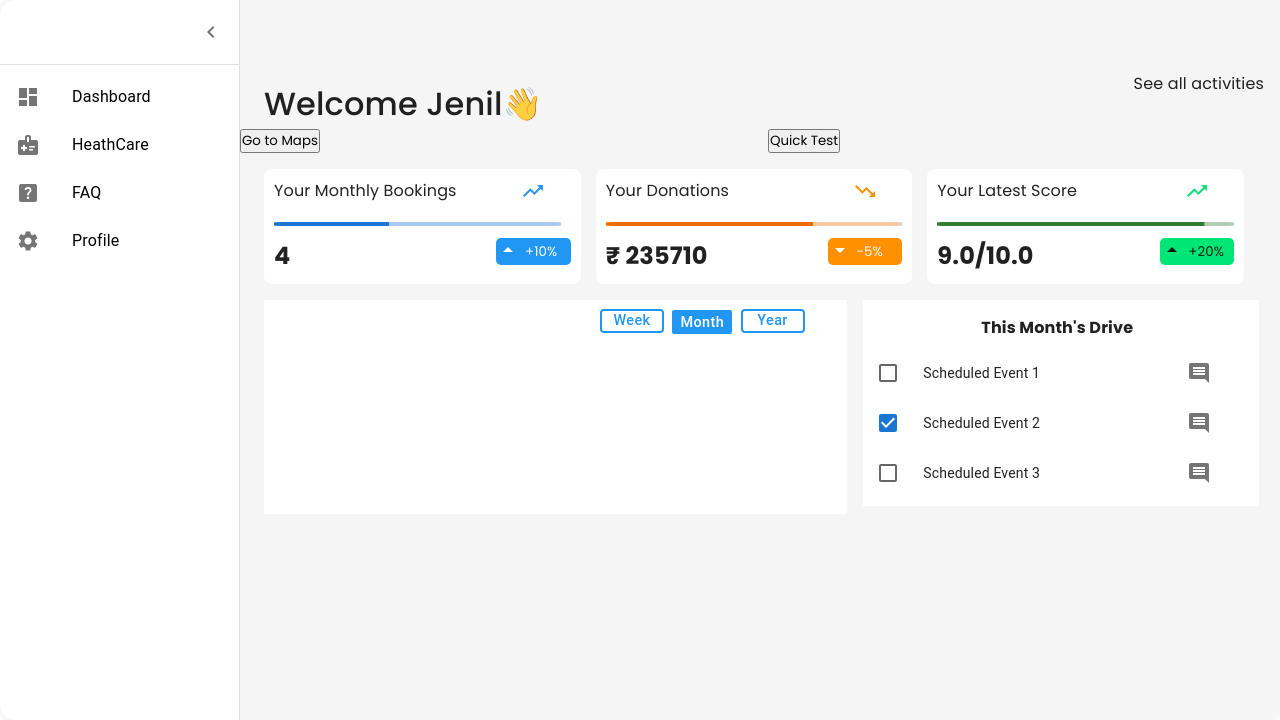
Repository: shubhampirate/Google_Solutions_Edural
Page: /dashboard
The author's editor kept a copy of each file at every save. The page is drawn from the files as they stood at one save, then again after the next save.
The browser window is 1280 px wide. The pictures show the whole page.
The page's requests for data from a server got no answer. The project was rebuilt for these pictures with package versions that can differ from the ones it lists, and the page was loaded fresh each time. Some packages were replaced by stand-ins written for this rebuild. No one was signed in, and anything a server would have sent is missing. Also part of the build but not shown: src/Components/CustomButton.jsx, src/Components/Navbar.jsx, src/Components/Footer.jsx, src/Components/CongratsCard.jsx, src/pages/Hero/Hero.jsx, src/pages/Sign_in.jsx.

Above is the page before, as saved 2024-02-03 17:50:42.

### src/index.js
import React from "react";
import ReactDOM from "react-dom/client";
import "./index.css";
import { GoogleOAuthProvider } from '@react-oauth/google';
import App from "./App";
import { BrowserRouter } from "react-router-dom";
const root = ReactDOM.createRoot(
    document.getElementById("root"));
root.render(
    <BrowserRouter>
<GoogleOAuthProvider clientId="730379698185-cv7a59sok9sod43v04ee6g6pt4gtaea2.apps.googleusercontent.com">
        {/* <React.StrictMode> */}
            <App />
        {/* </React.StrictMode> */}
    </GoogleOAuthProvider>
    </BrowserRouter>

);

### src/App.jsx
import Hero from "./pages/Hero/Hero";
import Dashboard from "./pages/Dashboard/Dashboard";
import SignIn from "./pages/Sign_in";
import {useState} from "react";
import { Route, Routes } from "react-router-dom";
function App() {
  return (
    <>
      {/* <Hero />   */}
      {/* <SignIn /> */}
      <Routes>
        <Route path="/signin" element={<><SignIn /></>} />
        <Route path="/dashboard" element={<><Dashboard /></>} />
        {/* <Route path="/education" element={<><Education /></>} /> */}
        {/* <Route path="/health" element={<><Health /></>} /> */}
        {/* <Route path="/profile" element={<><Profile /></>} /> */}
        {/* <Route path="/finance" element={<><Finance /></>} /> */}
        {/* <Route path="/questions" element={<><Questions /></>} /> */}
        {/* <Route path="/retireaibot" element={<><Bot /></>} /> */}
        <Route path="/" element={<><Hero /></>} />
      </Routes>
         </>
  );
}

export default App;

### src/pages/Dashboard/Dashboard.jsx
import * as React from 'react';
import { styled, createTheme, ThemeProvider } from '@mui/material/styles';
import CssBaseline from '@mui/material/CssBaseline';
import MuiDrawer from '@mui/material/Drawer';
import Box from '@mui/material/Box';
import MuiAppBar from '@mui/material/AppBar';
import Toolbar from '@mui/material/Toolbar';
import {
  LinearProgress, ListItem, CircularProgress, Checkbox, ListItemText, Dialog, DialogActions, DialogContent,
  DialogContentText, DialogTitle, ListItemIcon, ListItemButton
} from '@mui/material';
import TrendingUpIcon from '@mui/icons-material/TrendingUp';
// import { PieChart } from '@mui/x-charts/PieChart';
// import { useDrawingArea } from '@mui/x-charts/hooks';
import TrendingDownIcon from '@mui/icons-material/TrendingDown';
import List from '@mui/material/List';
import Divider from '@mui/material/Divider';
import IconButton from '@mui/material/IconButton';
import ArrowDropUpIcon from '@mui/icons-material/ArrowDropUp';
import ArrowDropDownIcon from '@mui/icons-material/ArrowDropDown';
import Grid from '@mui/material/Grid';
import MenuIcon from '@mui/icons-material/Menu';
import ChevronLeftIcon from '@mui/icons-material/ChevronLeft';
import { mainListItems } from '../../Components/listItems';
import axios from 'axios';
import Button from '@mui/material/Button';
import CommentIcon from '@mui/icons-material/Comment';
import Swal from 'sweetalert2';
import { useState } from 'react';
import { useEffect } from 'react';
// import { Bar } from "react-chartjs-2";
// import { BarElement, CategoryScale, Chart as ChartJS, Legend, LinearScale, Title, Tooltip } from "chart.js";
// import GoogleTranslateComponent from '../../Components/GoogleTranslateComponent';
// import csacc from "../../media/csacc.png"
// import creditscoremodel from "../../media/creditscoremodel.png"
// import creditflow from "../../media/creditflowchart.png"
// ChartJS.register(CategoryScale, LinearScale, BarElement, Title, Tooltip, Legend);

const drawerWidth = 240;

const AppBar = styled(MuiAppBar, {
  shouldForwardProp: (prop) => prop !== 'open',
})(({ theme, open }) => ({
  zIndex: theme.zIndex.drawer + 1,
  transition: theme.transitions.create(['width', 'margin'], {
    easing: theme.transitions.easing.sharp,
    duration: theme.transitions.duration.leavingScreen,
  }),
  ...(open && {
    marginLeft: drawerWidth,
    width: `calc(100% - ${drawerWidth}px)`,
    transition: theme.transitions.create(['width', 'margin'], {
      easing: theme.transitions.easing.sharp,
      duration: theme.transitions.duration.enteringScreen,
    }),
  }),
}));

const Drawer = styled(MuiDrawer, { shouldForwardProp: (prop) => prop !== 'open' })(
  ({ theme, open }) => ({
    '& .MuiDrawer-paper': {
      position: 'relative',
      whiteSpace: 'nowrap',
      width: drawerWidth,
      transition: theme.transitions.create('width', {
        easing: theme.transitions.easing.sharp,
        duration: theme.transitions.duration.enteringScreen,
      }),
      boxSizing: 'border-box',
      ...(!open && {
        overflowX: 'hidden',
        transition: theme.transitions.create('width', {
          easing: theme.transitions.easing.sharp,
          duration: theme.transitions.duration.leavingScreen,
        }),
        width: theme.spacing(7),
        [theme.breakpoints.up('sm')]: {
          width: theme.spacing(9),
        },
      }),
    },
  }),
);

var currentDate = new Date();

var months = [
  "January", "February", "March", "April", "May", "June",
  "July", "August", "September", "October", "November", "December"
];

var formattedDate = months[currentDate.getMonth()] + " " + currentDate.getDate() + ", " + currentDate.getFullYear();

const defaultTheme = createTheme();

export default function Dashboard() {
  const [open, setOpen] = React.useState(true);
  const toggleDrawer = () => {
    setOpen(!open);
  };

  const [expensedata, setExpensedata] = useState([])

  useEffect(() => {
    loadList();
  }, []);


  const loadList = async () => {
    const result = await axios.get(`https://wixstocle.pythonanywhere.com/api/expense/`, {
      headers: { "Authorization": `Token 11c868750d92deda81638c5a9a59177bdc7ae41a` },
    });
    console.log(result.data.data);
    setExpensedata(result.data.data);
  }

  const getLabels = () => expensedata.slice(-5).map(data => data.date);

  const getData = (key) => expensedata.slice(-5).map(data => data[key]);

  const optionsexpense = {
    indexAxis: 'x',
    elements: {
      bar: {
        borderWidth: 0,
      },
    },
    responsive: true,
    interaction: {
      mode: 'index',
      intersect: false,
    },
    scales: {
      x: {
        stacked: false,
      },
      y: {
        stacked: false,
      },
    },
    plugins: {
      legend: {
        position: 'top',
      }
    },
  };

  const dataexpense = {
    labels: getLabels(),
    datasets: [
      {
        label: 'Revenue',
        data: getData('income'),
        backgroundColor: '#2196f3',
      },
      {
        label: 'Spendings',
        data: getData('expense'),
        backgroundColor: '#ff9100',
      },
      {
        label: 'Savings',
        data: getData('savings'),
        backgroundColor: '#00e676',
      },
    ],
  };

  const today = new Date();
  const year = today.getFullYear();
  const month = String(today.getMonth() + 1).padStart(2, '0'); // Months are zero-based
  const day = String(today.getDate()).padStart(2, '0');

  const todayDate = `${year}-${month}-${day}`;

  const [userData, setUserData] = React.useState({
    income: '',
    savings: '',
    expense: '',
    date: todayDate,
    user: "tony@gmail.com"
  });

  const handleChangePlan = (field, value) => {
    setUserData((prevData) => ({ ...prevData, [field]: value }));
  };
  const creditscore = 87.4;

  const handlePostData = () => {
    console.log(userData);
    fetch(`https://wixstocle.pythonanywhere.com/api/expense/`, {
      method: 'POST',
      headers: {
        "Authorization": `Token 11c868750d92deda81638c5a9a59177bdc7ae41a`,
        'Content-Type': 'application/json',
      },
      body: JSON.stringify(userData),
    })
      .then((response) => response.json())
      .then((data) => {
        // console.log(data);
        if (data.status == true) {
          Swal.fire({
            icon: 'success',
            title: 'Successfully Saved the details',
            showConfirmButton: false,
            timer: 3000
          })
          setExpensedata([...expensedata, userData]);
        }
        else {
          Swal.fire({
            icon: 'error',
            title: data.message,
            showConfirmButton: false,
            timer: 3000
          })
        }
      });
  };


//   function PieCenterLabel({ children }) {
//     const { width, height, left, top } = useDrawingArea();
//     return (
//       <StyledText x={left + width / 2} y={top + height / 2}>
//         {children}
//       </StyledText>
//     );
//   }

  const [checked, setChecked] = React.useState([1]);

  const handleToggle = (value) => () => {
    const currentIndex = checked.indexOf(value);
    const newChecked = [...checked];

    if (currentIndex === -1) {
      newChecked.push(value);
    } else {
      newChecked.splice(currentIndex, 1);
    }

    setChecked(newChecked);
  };
  return (
    <ThemeProvider theme={defaultTheme}>
      <Box sx={{ display: 'flex', borderRadius: '16px', overflow: 'hidden', boxShadow: '0px 0px 10px rgba(0, 0, 0, 0.1)' }} >
        <CssBaseline />
        <AppBar position="absolute" open={open} sx={{ backgroundColor: "whitesmoke", boxShadow: 'none' }}>
          <Toolbar
            sx={{
              pr: '24px', // keep right padding when drawer closed
              display: 'flex',
              alignItems: 'center',
              justifyContent: 'space-between',
            }}>
            <Box sx={{ display: 'flex', alignItems: 'center' }}>
              <IconButton
                edge="start"
                aria-label="open drawer"
                onClick={toggleDrawer}
                sx={{
                  marginRight: '36px',
                  ...(open && { display: 'none' }),
                  backgroundColor: "#fff"
                }}>
                <MenuIcon />
              </IconButton>
            </Box>
          </Toolbar>
        </AppBar>
        <Drawer variant="permanent" open={open}>
          <Toolbar
            sx={{
              display: 'flex',
              alignItems: 'center',
              justifyContent: 'flex-end',
              px: [1],
            }}
          >
            {/* <GoogleTranslateComponent /> */}
            <IconButton onClick={toggleDrawer}>
              <ChevronLeftIcon />
            </IconButton>
          </Toolbar>
          <Divider />
          <List component="nav">
            {mainListItems}
          </List>
        </Drawer>
        <Box
          component="main"
          sx={{
            backgroundColor: (theme) =>
              theme.palette.mode === 'light'
                ? theme.palette.grey[100]
                : theme.palette.grey[900],
            flexGrow: 1,
            height: '100vh',
            overflow: 'auto',
          }}>
          <Toolbar />
          <div>
      <Grid container spacing={2} marginTop="0.02rem" paddingLeft={3} paddingRight={2}>
        <Grid item xs={6}>
          <div style={{ fontSize: '2rem', fontWeight: '500' }}>Welcome Jenil👋</div>
        </Grid>
        <Grid item xs={6} marginTop="-0.5rem" textAlign="right">
          <div>See all activities</div>
        </Grid>
      </Grid>

      {/* Buttons in the same line */}
      <Grid container spacing={2}>
        <Grid item xs={6}>
          <button style={{ /* Add your button styles */ }}>Go to Maps</button>
        </Grid>
        <Grid item xs={6}>
          <button style={{ /* Add your button styles */ }}>Quick Test</button>
        </Grid>
      </Grid>
    </div>
          <Grid container spacing={2} marginTop="1rem" paddingLeft={5} paddingRight={2}>
            <Grid item xs={12} md={3.8} style={{ backgroundColor: "white", padding: "10px", marginRight: "15px", borderRadius: "0.5rem" }}>
              <Grid item xs={12}>
                <Grid container>
                  <Grid item xs={10}><div>Your Monthly Bookings</div></Grid>
                  <Grid item xs={2}><TrendingUpIcon sx={{ color: "#2196f3" }} /></Grid>
                </Grid>
                <Grid item xs={12}>
                  <LinearProgress variant="determinate" value={40} sx={{ color: "#2196f3", borderRadius: "10%", margin: "12px 10px 12px 0px" }} />
                </Grid>
                <Grid item xs={12}>
                  <Grid container>
                    <Grid item xs={9}>
                       <div style={{ fontSize: "1.5rem", fontWeight: "550" }}> 4</div>
                    </Grid>
                    <Grid item xs={3} style={{ backgroundColor: "#2196f3", color: "white", borderRadius: "5px", height: "1.65rem" }}>
                      <ArrowDropUpIcon /> <sup>+10%</sup>
                    </Grid>
                  </Grid>
                </Grid>
              </Grid>
            </Grid>
            <Grid item xs={12} md={3.8} style={{ backgroundColor: "white", padding: "10px", marginRight: "15px", borderRadius: "0.5rem" }}>
              <Grid item xs={12}>
                <Grid container>
                  <Grid item xs={10}><div>Your Donations</div></Grid>
                  <Grid item xs={2}><TrendingDownIcon sx={{ color: "#ff9100" }} /></Grid>
                </Grid>
                <Grid item xs={12}>
                  <LinearProgress variant="determinate" value={70} color='warning' sx={{ borderRadius: "10%", margin: "12px 0px" }} />
                </Grid>
                <Grid item xs={12}>
                  <Grid container>
                    <Grid item xs={9}>
                   <div style={{ fontSize: "1.5rem", fontWeight: "550" }}>₹ 235710</div>
                    </Grid>
                    <Grid item xs={3} style={{ backgroundColor: "#ff9100", color: "white", borderRadius: "5px", height: "1.65rem" }}>
                      <ArrowDropDownIcon /> <sup>-5%</sup>
                    </Grid>
                  </Grid>
                </Grid>
              </Grid>
            </Grid>
            <Grid item xs={12} md={3.8} style={{ backgroundColor: "white", padding: "10px", marginRight: "15px", borderRadius: "0.5rem" }}>
              <Grid item xs={12}>
                <Grid container>
                  <Grid item xs={10}><div>Your Latest Score</div></Grid>
                  <Grid item xs={2}><TrendingUpIcon sx={{ color: "#00e676" }} /></Grid>
                </Grid>
                <Grid item xs={12}>
                  <LinearProgress variant="determinate" value={90} color="success" style={{ borderRadius: "10%", margin: "12px 0px" }} />
                </Grid>
                <Grid item xs={12}>
                  <Grid container>
                    <Grid item xs={9}>
 <div style={{ fontSize: "1.5rem", fontWeight: "550" }}> 9.0/10.0</div>
                    </Grid>
                    <Grid item xs={3} style={{ backgroundColor: "#00e676", borderRadius: "5px", height: "1.65rem" }}>
                      <ArrowDropUpIcon /> <sup>+20%</sup>
                    </Grid>
                  </Grid>
                </Grid>
              </Grid>
            </Grid>
            {/* <Grid item xs={12} md={2.5} style={{ backgroundColor: "white", padding: "10px", borderRadius: "0.5rem" }}> */}
              {/* <Grid container spacing={2}> */}
                {/* <Grid item xs={12}>Today's Savings Deal</Grid> */}
                {/* <Grid item xs={12}>
                  <LinearProgress variant="determinate" value={0} color='secondary' sx={{ borderRadius: "10%", margin: "3px 0px" }} />
                </Grid> */}
                {/* <Grid item xs={12} sx={{ fontWeight: "550", marginTop: "-10px" }}>Buy Doctor Shoes from Amazon and save over <br />₹ 1500</Grid> */}
              {/* </Grid> */}
            {/* </Grid> */}
          </Grid>
          <Grid container spacing={2} marginTop="1rem" paddingLeft={5} paddingRight={2} marginBottom={2}>
            <Grid item xs={7} sx={{ backgroundColor: "white", padding: "5px", marginRight: "1rem" }}>
              <Grid container spacing={2} padding={1}>
                <Grid xs={7}></Grid>
                <Grid xs={1.5}><Button style={{
                  borderColor: "#2196f3", color: "#2196f3", height: "1.5rem", textTransform: "capitalize",
                  fontSize: "0.9rem", border: "2px solid", textAlign: "left"
                }}>Week</Button></Grid>
                <Grid xs={1.5}><Button style={{
                  backgroundColor: "#2196f3", color: "white", height: "1.75rem", textTransform: "capitalize",
                  fontSize: "0.9rem", border: "2px solid", textAlign: "left"
                }}>Month</Button></Grid>
                <Grid xs={1}><Button style={{
                  borderColor: "#2196f3", color: "#2196f3", height: "1.5rem", textTransform: "capitalize",
                  fontSize: "0.9rem", border: "2px solid", textAlign: "left"
                }}>Year</Button></Grid>
                <Grid xs={12} marginTop={2}>
                  {/* <Bar options={optionsexpense} data={dataexpense} /> */}
                </Grid>
              </Grid>
            </Grid>
            <Grid item xs={4.75} >
              <Grid container spacing={2} >

                <Grid item xs={12}>
                  <Grid container spacing={2} sx={{ backgroundColor: "white", marginBottom: "0.5rem" }}>
                    <Grid item xs={12} style={{ textAlign: "center", marginLeft: "-0.75rem", fontWeight: "600" }}>This Month's Drive</Grid>
                    <List sx={{ width: '100%', maxWidth: 360, bgcolor: 'background.paper' }}>
                      {[0, 1, 2].map((value) => {
                        const labelId = `checkbox-list-label-${value}`;
                        return (
                          <ListItem
                            key={value}
                            secondaryAction={
                              <IconButton edge="end" aria-label="comments">
                                <CommentIcon />
                              </IconButton>
                            }
                            disablePadding
                          >
                            <ListItemButton role={undefined} onClick={handleToggle(value)} dense>
                              <ListItemIcon>
                                <Checkbox
                                  edge="start"
                                  checked={checked.indexOf(value) !== -1}
                                  tabIndex={-1}
                                  disableRipple
                                  inputProps={{ 'aria-labelledby': labelId }}
                                />
                              </ListItemIcon>
                              <ListItemText id={labelId} style={{ marginLeft: "-0.75rem" }} primary={`Scheduled Event ${value + 1}`} />
                            </ListItemButton>
                          </ListItem>
                        );
                      })}
                    </List>
                  </Grid>
                </Grid>
              </Grid>
            </Grid>
          </Grid>

        </Box>
      </Box >
    </ThemeProvider >
  );
}

### src/Components/listItems.jsx
import * as React from 'react';
import ListItemButton from '@mui/material/ListItemButton';
import ListItemIcon from '@mui/material/ListItemIcon';
import ListItemText from '@mui/material/ListItemText';
import DashboardIcon from '@mui/icons-material/Dashboard';
import MedicalInformationIcon from '@mui/icons-material/MedicalInformation';
import SavingsIcon from '@mui/icons-material/Savings';
import SchoolIcon from '@mui/icons-material/School';
import HelpCenterIcon from '@mui/icons-material/HelpCenter';
import SettingsIcon from '@mui/icons-material/Settings';
import SmartToyIcon from '@mui/icons-material/SmartToy';
import { Link } from 'react-router-dom';
// import GoogleTranslateComponent from './GoogleTranslateComponent';


export const mainListItems = (
  <>
    <React.Fragment>
      <Link to="/dashboard" style={{ textDecoration: "none", color: "black" }}>
        <ListItemButton>
          <ListItemIcon>
            <DashboardIcon />
          </ListItemIcon>
          <ListItemText primary="Dashboard" />
        </ListItemButton>
      </Link>
      <Link to="/health" style={{ textDecoration: "none", color: "black" }}>
        <ListItemButton>
          <ListItemIcon>
            <MedicalInformationIcon />
          </ListItemIcon>
          <ListItemText primary="HeathCare" />
        </ListItemButton>
      </Link>
      {/* <Link to="/finance" style={{ textDecoration: "none", color: "black" }}>
        <ListItemButton>
          <ListItemIcon>
            <SavingsIcon />
          </ListItemIcon>
          <ListItemText primary="Finance Planning" />
        </ListItemButton>
      </Link> */}
      {/* <Link to="/education" style={{ textDecoration: "none", color: "black" }}>
        <ListItemButton>
          <ListItemIcon>
            <SchoolIcon />
          </ListItemIcon>
          <ListItemText primary="Educational Service" />
        </ListItemButton>
      </Link> */}
      <Link to="/questions" style={{ textDecoration: "none", color: "black" }}>
        <ListItemButton>
          <ListItemIcon>
            <HelpCenterIcon />
          </ListItemIcon>
          <ListItemText primary="FAQ" />
        </ListItemButton>
      </Link>
      <Link to="/profile" style={{ textDecoration: "none", color: "black" }}>
        <ListItemButton>
          <ListItemIcon>
            <SettingsIcon />
          </ListItemIcon>
          <ListItemText primary="Profile" />
        </ListItemButton>
      </Link>
      {/* <Link to="/retireaibot" style={{ textDecoration: "none", color: "black" }}>
        <ListItemButton>
          <ListItemIcon>
            <SmartToyIcon />
          </ListItemIcon>
          <ListItemText primary="Retire AI Bot" />
        </ListItemButton>
      </Link> */}
    </React.Fragment >
  </>
);

// export const secondaryListItems = (
//   <React.Fragment>
//     <ListSubheader component="div" inset>
//       Saved reports
//     </ListSubheader>
//     <ListItemButton>
//       <ListItemIcon>
//         <AssignmentIcon />
//       </ListItemIcon>
//       <ListItemText primary="Current month" />
//     </ListItemButton>
//     <ListItemButton>
//       <ListItemIcon>
//         <AssignmentIcon />
//       </ListItemIcon>
//       <ListItemText primary="Last quarter" />
//     </ListItemButton>
//     <ListItemButton>
//       <ListItemIcon>
//         <AssignmentIcon />
//       </ListItemIcon>
//       <ListItemText primary="Year-end sale" />
//     </ListItemButton>
//   </React.Fragment>
// );

Loaded but not shown: public/index.html (common file); src/index.css (common file)

After the next save:
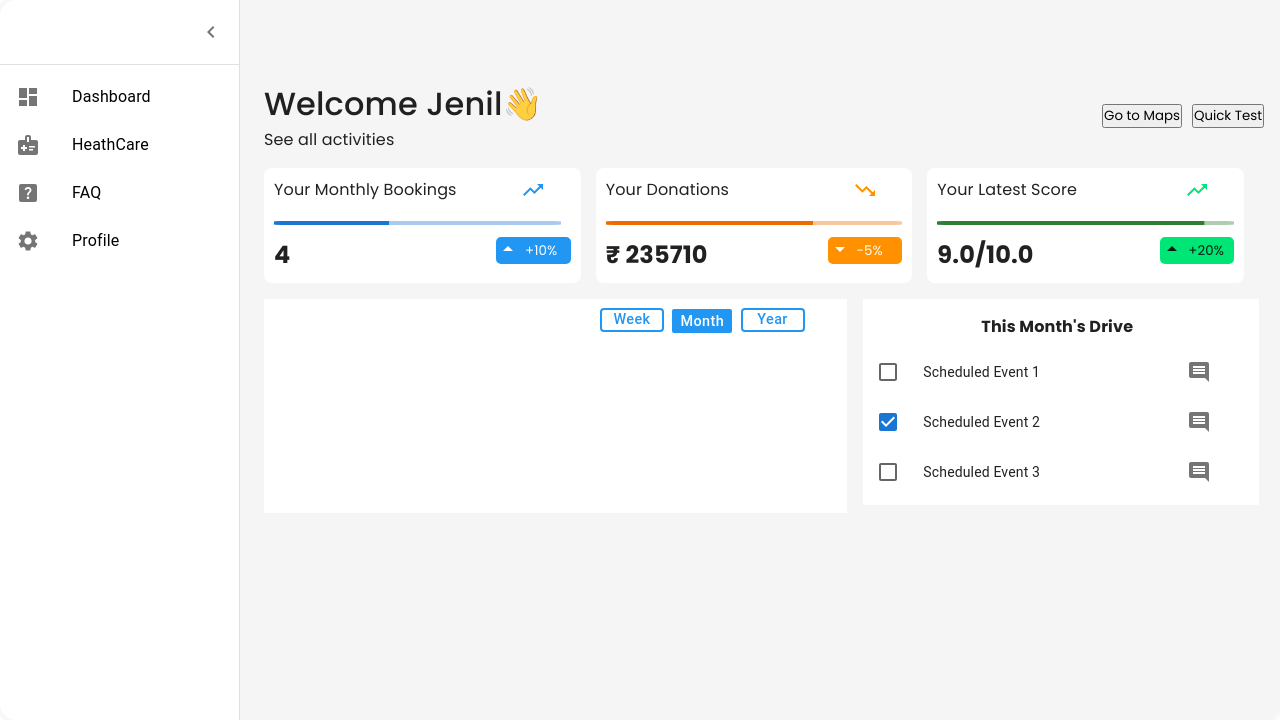
Saved 53 s later.
--- a/src/pages/Dashboard/Dashboard.jsx
+++ b/src/pages/Dashboard/Dashboard.jsx
@@ -305,22 +305,15 @@ export default function Dashboard() {
       <Grid container spacing={2} marginTop="0.02rem" paddingLeft={3} paddingRight={2}>
         <Grid item xs={6}>
           <div style={{ fontSize: '2rem', fontWeight: '500' }}>Welcome Jenil👋</div>
-        </Grid>
-        <Grid item xs={6} marginTop="-0.5rem" textAlign="right">
           <div>See all activities</div>
         </Grid>
-      </Grid>
-
-      {/* Buttons in the same line */}
-      <Grid container spacing={2}>
-        <Grid item xs={6}>
+        <Grid item xs={6} display="flex" justifyContent="flex-end" alignItems="center">
           <button style={{ /* Add your button styles */ }}>Go to Maps</button>
-        </Grid>
-        <Grid item xs={6}>
-          <button style={{ /* Add your button styles */ }}>Quick Test</button>
+          <button style={{ marginLeft: '10px' /* Add your button styles */ }}>Quick Test</button>
         </Grid>
       </Grid>
     </div>
+
           <Grid container spacing={2} marginTop="1rem" paddingLeft={5} paddingRight={2}>
             <Grid item xs={12} md={3.8} style={{ backgroundColor: "white", padding: "10px", marginRight: "15px", borderRadius: "0.5rem" }}>
               <Grid item xs={12}>
